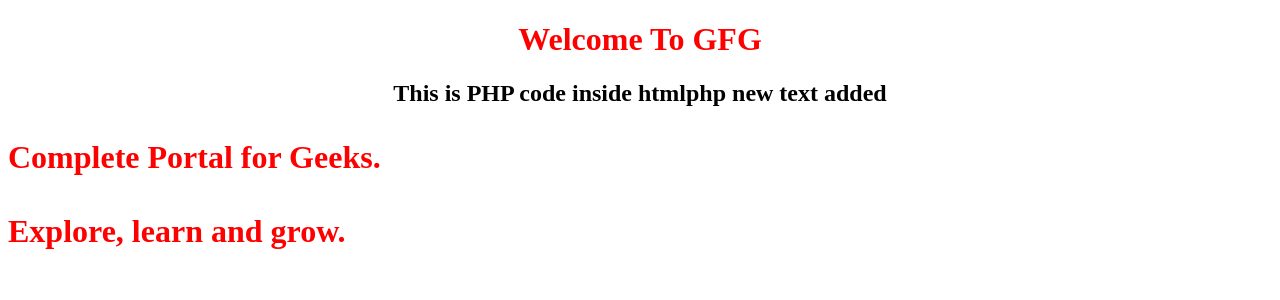
Repository: navyasureshkodenkiri/phpprojectgh-
Page: http://localhost/example1.php
The author's editor kept a copy of each file at every save. The page is drawn from the files as they stood at one save, then again after the next save.
The browser window is 1280 px wide. The pictures show the whole page.
The page is run by PHP 8.4 with error messages shown; the project is at /var/www/html/.

Above is the page before, as saved 2022-12-14 11:12:36.

After the next save:
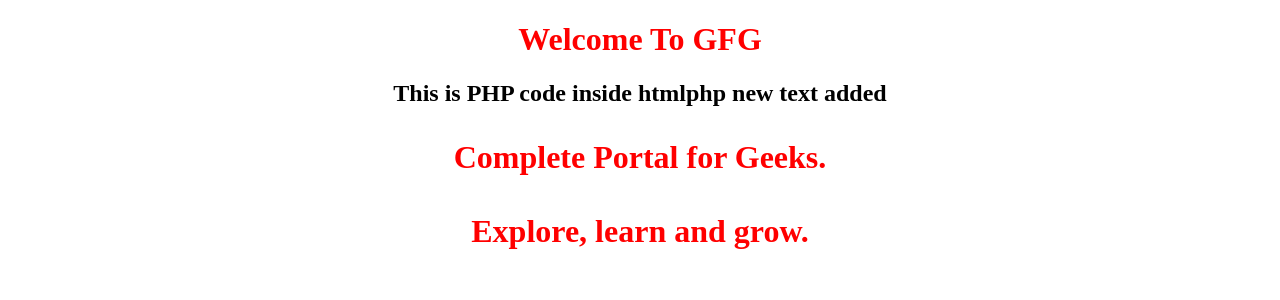
Saved 86 s later.
--- a/example1.php
+++ b/example1.php
@@ -20,7 +20,7 @@
 
             ?>
             </h2>
-    </center>
+
     <h1>
     <p>
 <?php
